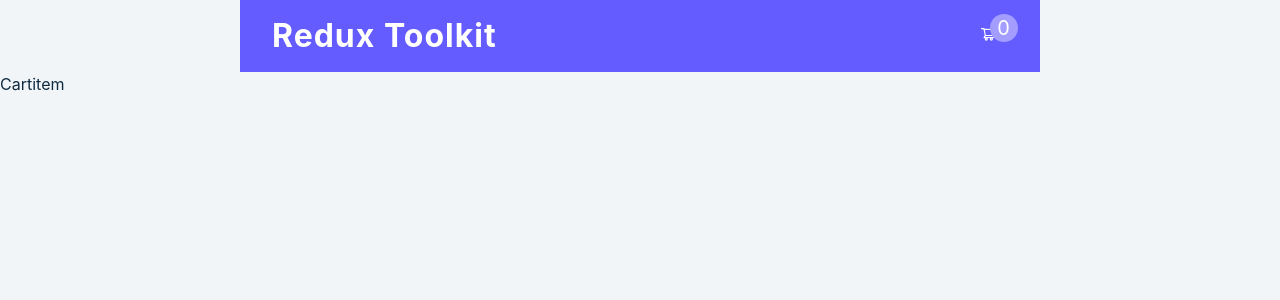
Repository: Nurlan-Bakenbaev/ReduxToolit
Page: /
These files come from the project's save history. The page is drawn as it stood at one moment and after a run of saves; the edit follows.
The browser window is 1280 px wide. The pictures show the whole page.
The project was rebuilt for these pictures with package versions that can differ from the ones it lists, and the page was loaded fresh each time.

Above is the page before, as saved 2023-11-08 16:30:16.

After the next 2 saves:
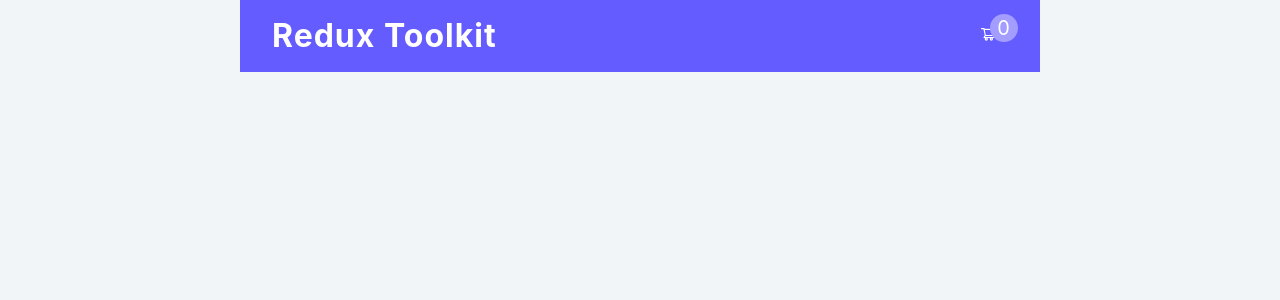
The 2 saves are shown as one change because they came seconds apart.
The last was saved 6 min 30 s later.
--- a/src/components/CartContainer.js
+++ b/src/components/CartContainer.js
@@ -4,7 +4,9 @@
 
 const CartContainer = () => {
   const { cartitem, total, amount } = useSelector((state) => state.cart);
-  if(amount < 1){}
+  if(amount < 1){
+    return
+  }
 
   return (
     <div>
